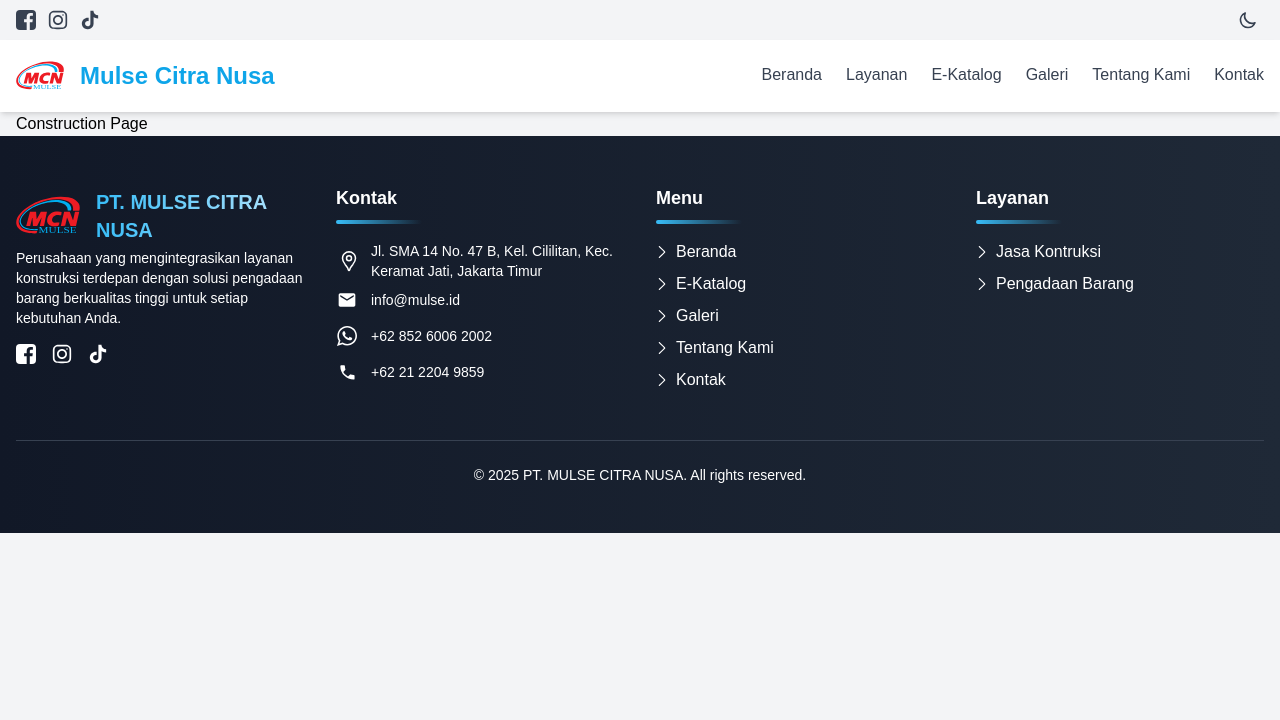
Repository: PrasBaldin/next-mulse
Page: /services/construction
The author's editor kept a copy of each file at every save. The page is drawn from the files as they stood at one save, then again after the next save.
The browser window is 1280 px wide. The pictures show the whole page.
The project was rebuilt for these pictures with package versions that can differ from the ones it lists, and the page was loaded fresh each time. The framework's server and built-in components were replaced by stand-ins that run in the browser. Also part of the build but not shown: next.config.ts.

Above is the page before, as saved 2025-02-26 12:41:47.

### app/layout.tsx
import type { Metadata } from "next";
import { Geist, Geist_Mono } from "next/font/google";
import "./globals.css";
import Navbar from "@/components/navbar";
import Footer from "@/components/footer";

const geistSans = Geist({
  variable: "--font-geist-sans",
  subsets: ["latin"],
});

const geistMono = Geist_Mono({
  variable: "--font-geist-mono",
  subsets: ["latin"],
});

export const metadata: Metadata = {
  title: "Mulse",
  description: "Selamat datang di PT. Mulse Citra Nusa, kami menyediakan barang dan jasa sesuai kebutuhan Anda.",
};

export default function RootLayout({
  children,
}: Readonly<{
  children: React.ReactNode;
}>) {
  return (
    <html lang="en">
      <body className={`${geistSans.variable} ${geistMono.variable} antialiased`} >
        <Navbar />
        {children}
        <Footer />
      </body>
    </html>
  );
}

### app/services/construction/page.tsx
import React from "react";

const ConstructionPage = () => {
  return (
    <>
      <section className="mt-[72px] lg:mt-[112px]">
        <div className="container">
          <h3>Construction Page</h3>
        </div>
      </section>
    </>
  );
};

export default ConstructionPage;

### app/globals.css
@tailwind base;
@tailwind components;
@tailwind utilities;

:root {
  --background: #ffffff;
  --foreground: #171717;
}

@media (prefers-color-scheme: dark) {
  :root {
    --background: #0a0a0a;
    --foreground: #ededed;
  }
}

body {
  font-family: Arial, Helvetica, sans-serif;
  @apply bg-gray-100 dark:bg-gray-700;
}

.container {
  @apply mx-auto px-4;
}

.btn {
  @apply px-4 py-3 rounded-lg transition duration-500 ease-in-out;
}

.btn-primary {
  @apply bg-sky-600 hover:bg-sky-700 dark:hover:bg-sky-700 text-gray-100 hover:text-gray-300;
}

.btn-secondary {
  @apply bg-gray-100 hover:bg-gray-300 dark:hover:bg-gray-300 text-gray-800;
}

.btn-primary-border {
  @apply bg-transparent hover:bg-sky-500 dark:hover:bg-sky-500 border-2 border-sky-500 text-sky-500 dark:text-sky-500 hover:text-white dark:hover:text-white;
}

.banner {
  background-image: url("/img/banner-2.jpg");
  background-size: cover;
  @apply py-[100px] relative;
}

.banner-mask {
  @apply absolute inset-0 bg-gradient-to-r from-gray-100/90 to-sky-500/20 dark:from-gray-800/90 dark:to-sky-500/20 transition duration-500 ease-in-out z-[0];
}

.breadcrumbs {
  @apply flex gap-2 font-medium;
}

### components/navbar.tsx
"use client";
import { useState } from "react";
import Link from "next/link";
import Image from "next/image";

import MulseSvg from "@/public/img/mulse.svg";
import "./navbar.css";

// import ToggleLanguage from "./toggleLanguage";
import ToggleDarkMode from "./toggleDarkMode";

const Navbar = () => {
  const [isOpen, setIsOpen] = useState(false);
  const [isDropdownOpen, setIsDropdownOpen] = useState(false);

  return (
    <>
      <div className="utility-bar">
        <div className="container">
          <div className="flex justify-between items-center">
            <div className="w-full flex">
              <a
                href="https://www.facebook.com/profile.php?id=61550927165561&ref=ig_profile_ac"
                target="_blank"
                rel="noopener noreferrer"
                aria-label="Facebook"
                className="social-media-link hover:text-sky-400 transition-colors duration-300"
              >
                <svg
                  className="w-5 h-5 rounded"
                  fill="currentColor"
                  viewBox="0 0 24 24"
                  stroke="none"
                >
                  <path d="M22.675 0h-21.35C.593 0 0 .593 0 1.325v21.351C0 23.407.593 24 1.325 24h11.494v-9.294H9.692v-3.622h3.127V8.413c0-3.1 1.894-4.788 4.659-4.788 1.325 0 2.463.099 2.794.143v3.24l-1.918.001c-1.504 0-1.794.715-1.794 1.763v2.314h3.587l-.467 3.622h-3.12V24h6.116C23.407 24 24 23.407 24 22.675V1.325C24 .593 23.407 0 22.675 0z" />
                </svg>
              </a>
              <a
                href="https://www.instagram.com/mulse.id/"
                target="_blank"
                rel="noopener noreferrer"
                aria-label="Instagram"
                className="social-media-link hover:text-sky-400 transition-colors duration-300"
              >
                <svg
                  className="w-5 h-5"
                  viewBox="0 0 24 24"
                  fill="none"
                  xmlns="http://www.w3.org/2000/svg"
                >
                  <path
                    fillRule="evenodd"
                    clipRule="evenodd"
                    d="M12 18C15.3137 18 18 15.3137 18 12C18 8.68629 15.3137 6 12 6C8.68629 6 6 8.68629 6 12C6 15.3137 8.68629 18 12 18ZM12 16C14.2091 16 16 14.2091 16 12C16 9.79086 14.2091 8 12 8C9.79086 8 8 9.79086 8 12C8 14.2091 9.79086 16 12 16Z"
                    fill="currentColor"
                  />
                  <path
                    d="M18 5C17.4477 5 17 5.44772 17 6C17 6.55228 17.4477 7 18 7C18.5523 7 19 6.55228 19 6C19 5.44772 18.5523 5 18 5Z"
                    fill="currentColor"
                  />
                  <path
                    fillRule="evenodd"
                    clipRule="evenodd"
                    d="M1.65396 4.27606C1 5.55953 1 7.23969 1 10.6V13.4C1 16.7603 1 18.4405 1.65396 19.7239C2.2292 20.8529 3.14708 21.7708 4.27606 22.346C5.55953 23 7.23969 23 10.6 23H13.4C16.7603 23 18.4405 23 19.7239 22.346C20.8529 21.7708 21.7708 20.8529 22.346 19.7239C23 18.4405 23 16.7603 23 13.4V10.6C23 7.23969 23 5.55953 22.346 4.27606C21.7708 3.14708 20.8529 2.2292 19.7239 1.65396C18.4405 1 16.7603 1 13.4 1H10.6C7.23969 1 5.55953 1 4.27606 1.65396C3.14708 2.2292 2.2292 3.14708 1.65396 4.27606ZM13.4 3H10.6C8.88684 3 7.72225 3.00156 6.82208 3.0751C5.94524 3.14674 5.49684 3.27659 5.18404 3.43597C4.43139 3.81947 3.81947 4.43139 3.43597 5.18404C3.27659 5.49684 3.14674 5.94524 3.0751 6.82208C3.00156 7.72225 3 8.88684 3 10.6V13.4C3 15.1132 3.00156 16.2777 3.0751 17.1779C3.14674 18.0548 3.27659 18.5032 3.43597 18.816C3.81947 19.5686 4.43139 20.1805 5.18404 20.564C5.49684 20.7234 5.94524 20.8533 6.82208 20.9249C7.72225 20.9984 8.88684 21 10.6 21H13.4C15.1132 21 16.2777 20.9984 17.1779 20.9249C18.0548 20.8533 18.5032 20.7234 18.816 20.564C19.5686 20.1805 20.1805 19.5686 20.564 18.816C20.7234 18.5032 20.8533 18.0548 20.9249 17.1779C20.9984 16.2777 21 15.1132 21 13.4V10.6C21 8.88684 20.9984 7.72225 20.9249 6.82208C20.8533 5.94524 20.7234 5.49684 20.564 5.18404C20.1805 4.43139 19.5686 3.81947 18.816 3.43597C18.5032 3.27659 18.0548 3.14674 17.1779 3.0751C16.2777 3.00156 15.1132 3 13.4 3Z"
                    fill="currentColor"
                  />
                </svg>
              </a>
              <a
                href="/"
                target="_blank"
                rel="noopener noreferrer"
                aria-label="Tiktok"
                className="social-media-link hover:text-sky-400 transition-colors duration-300"
              >
                <svg
                  className="w-5 h-5"
                  fill="currentColor"
                  viewBox="0 0 32 32"
                  version="1.1"
                  xmlns="http://www.w3.org/2000/svg"
                >
                  <path d="M16.656 1.029c1.637-0.025 3.262-0.012 4.886-0.025 0.054 2.031 0.878 3.859 2.189 5.213l-0.002-0.002c1.411 1.271 3.247 2.095 5.271 2.235l0.028 0.002v5.036c-1.912-0.048-3.71-0.489-5.331-1.247l0.082 0.034c-0.784-0.377-1.447-0.764-2.077-1.196l0.052 0.034c-0.012 3.649 0.012 7.298-0.025 10.934-0.103 1.853-0.719 3.543-1.707 4.954l0.020-0.031c-1.652 2.366-4.328 3.919-7.371 4.011l-0.014 0c-0.123 0.006-0.268 0.009-0.414 0.009-1.73 0-3.347-0.482-4.725-1.319l0.040 0.023c-2.508-1.509-4.238-4.091-4.558-7.094l-0.004-0.041c-0.025-0.625-0.037-1.25-0.012-1.862 0.49-4.779 4.494-8.476 9.361-8.476 0.547 0 1.083 0.047 1.604 0.136l-0.056-0.008c0.025 1.849-0.050 3.699-0.050 5.548-0.423-0.153-0.911-0.242-1.42-0.242-1.868 0-3.457 1.194-4.045 2.861l-0.009 0.030c-0.133 0.427-0.21 0.918-0.21 1.426 0 0.206 0.013 0.41 0.037 0.61l-0.002-0.024c0.332 2.046 2.086 3.59 4.201 3.59 0.061 0 0.121-0.001 0.181-0.004l-0.009 0c1.463-0.044 2.733-0.831 3.451-1.994l0.010-0.018c0.267-0.372 0.45-0.822 0.511-1.311l0.001-0.014c0.125-2.237 0.075-4.461 0.087-6.698 0.012-5.036-0.012-10.060 0.025-15.083z"></path>
                </svg>
              </a>
            </div>
            <div className="utility-content">
              {/* <ToggleLanguage /> */}
              <ToggleDarkMode />
            </div>
          </div>
        </div>
      </div>
      <nav className="navbar">
        <div className="container">
          <div className="flex justify-between items-center">
            <Link
              href="/"
              className="text-2xl font-bold text-sky-500 dark:text-gray-100 flex items-center transition duration-500 ease-in-out py-3"
            >
              <Image src={MulseSvg} alt="img" className="w-12 mr-4" />
              Mulse Citra Nusa
            </Link>

            <div className="hidden lg:flex space-x-6 items-center">
              <Link href="/" className="nav-link">
                Beranda
              </Link>

              <div
                className="relative group"
                onMouseEnter={() => setIsDropdownOpen(true)}
                onMouseLeave={() => setIsDropdownOpen(false)}
              >
                <Link href="/services">
                  <button className="nav-link flex items-center">
                    Layanan
                  </button>
                </Link>
                <div
                  className={`nav-dropdown min-w-[200px] ${
                    isDropdownOpen
                      ? "opacity-100 visible scale-100 translate-y-0"
                      : "opacity-0 invisible scale-95 translate-y-3"
                  }`}
                >
                  <Link
                    href="/services/procurement"
                    className="nav-link-dropdown"
                  >
                    Pengadaan Barang
                  </Link>
                  <Link
                    href="/services/construction"
                    className="nav-link-dropdown"
                  >
                    Jasa Konstruksi
                  </Link>
                </div>
              </div>
              <a
                href="https://katalog.inaproc.id/mulse-citra-nusa"
                target="_blank"
                className="nav-link"
              >
                E-Katalog
              </a>
              <Link href="/gallery" className="nav-link">
                Galeri
              </Link>
              <Link href="/about" className="nav-link">
                Tentang Kami
              </Link>
              <Link href="/contact" className="nav-link">
                Kontak
              </Link>
            </div>

            <button
              className="lg:hidden relative w-8 h-8"
              onClick={() => setIsOpen(!isOpen)}
            >
              <div
                className={`hamburger ${
                  isOpen
                    ? "rotate-45 top-1/2 transform -translate-y-1/2"
                    : "top-2"
                }`}
              ></div>
              <div
                className={`hamburger ${
                  isOpen ? "opacity-0" : "top-1/2 transform -translate-y-1/2"
                }`}
              ></div>
              <div
                className={`hamburger ${
                  isOpen
                    ? "-rotate-45 bottom-1/2 transform translate-y-1/2"
                    : "bottom-2"
                }`}
              ></div>
            </button>
          </div>
        </div>
      </nav>

      {/* Overlay Sidebar */}
      <div
        className={`lg:hidden fixed top-18 left-0 w-full h-full bg-black/50 backdrop-blur-sm transition-opacity duration-500 ease-in-out z-[9] ${
          isOpen ? "opacity-100 visible" : "opacity-0 invisible"
        }`}
        onClick={() => setIsOpen(false)}
      ></div>

      {/* Sidebar Menu */}
      <div
        className={`bg-white dark:bg-gray-800 lg:hidden fixed mt-[72px] right-0 w-64 h-full shadow-lg transform transition-transform duration-500 ease-in-out z-10 ${
          isOpen ? "translate-x-0" : "translate-x-full"
        }`}
      >
        <div className="p-6 flex flex-col space-y-4">
          <Link
            href="/"
            className="nav-link-mobile"
            onClick={() => setIsOpen(false)}
          >
            Beranda
          </Link>

          <div>
            <button
              className="nav-link-mobile flex items-center w-full"
              onClick={() => setIsDropdownOpen(!isDropdownOpen)}
            >
              Layanan
              <span
                className={`dropdown-arrow ${
                  isDropdownOpen
                    ? "rotate-45 absolute right-9 mb-2"
                    : "-rotate-45 absolute right-9"
                }`}
              ></span>
            </button>
            <div
              className={`bg-white dark:bg-gray-800 ml-4 space-y-2 rounded-lg overflow-hidden transition-all duration-500 ease-in-out ${
                isDropdownOpen
                  ? "max-h-[500px] opacity-100 p-2 mt-2"
                  : "max-h-0 opacity-0 p-0 mt-0"
              }`}
            >
              <Link
                href="/services/procurement"
                className="nav-link-mobile block"
                onClick={() => setIsOpen(false)}
              >
                Pengadaan Barang
              </Link>
              <Link
                href="/services/construction"
                className="nav-link-mobile block"
                onClick={() => setIsOpen(false)}
              >
                Jasa Konstruksi
              </Link>
            </div>
          </div>
          <Link
            href="https://katalog.mulse.id"
            className="nav-link-mobile"
            onClick={() => setIsOpen(false)}
          >
            E-Katalog
          </Link>
          <Link
            href="/gallery"
            className="nav-link-mobile"
            onClick={() => setIsOpen(false)}
          >
            Galeri
          </Link>
          <Link
            href="/about"
            className="nav-link-mobile"
            onClick={() => setIsOpen(false)}
          >
            Tentang Kami
          </Link>
          <Link
            href="/contact"
            className="nav-link-mobile"
            onClick={() => setIsOpen(false)}
          >
            Kontak
          </Link>
          {/* <ToggleLanguage /> */}
          <ToggleDarkMode />
        </div>
      </div>
    </>
  );
};

export default Navbar;

### components/navbar.css
.utility-bar {
  @apply hidden lg:block absolute top-0 w-full py-1 bg-gray-100 dark:bg-gray-700 transition duration-500 ease-in-out z-10;
}

.utility-content {
  @apply w-auto flex gap-2;
}

.social-media-link {
  @apply mr-3 text-gray-700 dark:text-gray-100 hover:text-sky-500 dark:hover:text-sky-500 transition duration-300;
}

.navbar {
  @apply bg-white dark:bg-gray-800 transition duration-500 ease-in-out shadow-md top-0 lg:top-[40px] fixed lg:absolute w-full z-20;
}

.nav-link {
  @apply text-gray-700 hover:text-sky-500 dark:hover:text-sky-500 dark:text-gray-100 py-5 transition duration-500 ease-in-out border-b-2 border-transparent hover:border-sky-500 flex items-center;
}

.nav-dropdown {
  @apply bg-white dark:bg-gray-800 absolute top-[4rem] -left-2 w-auto pt-2 p-3 border-2 border-sky-300 dark:border-sky-800 border-t-sky-500 dark:border-t-sky-500 shadow-xl rounded-lg overflow-visible transition-all duration-300 transform;
}

.nav-link-dropdown {
  @apply text-gray-700 hover:text-sky-500 dark:hover:text-sky-500 dark:text-gray-100 pt-2 pb-1 transition duration-500 ease-in-out hover:bg-gray-100 dark:hover:bg-gray-700 rounded border-b border-gray-200 hover:border-sky-500 block mt-2 px-2;
}

.nav-link-mobile {
  @apply hover:bg-gray-100 dark:hover:bg-gray-700 text-gray-700 hover:text-sky-500 dark:hover:text-sky-500 dark:text-gray-100 py-2 pl-2 border-b border-gray-200 hover:border-sky-500 rounded transition;
}

.hamburger {
  @apply absolute w-6 h-[3px] bg-gray-800 dark:bg-gray-100 rounded transition duration-500 ease-in-out;
}

.dropdown-arrow {
  @apply border-b-2 border-r-2 border-gray-700 dark:border-gray-100 ml-2 w-3 h-3 transition duration-500 ease-in-out;
}

.nav-link-mobile:hover .dropdown-arrow {
  @apply border-sky-500;
}

### components/toggleDarkMode.tsx
"use client";
import { useState, useEffect } from "react";
import IconDarkMode from "../app/_assets/icon/iconDarkmode";
import IconLightMode from "../app/_assets/icon/iconLightmode";

import "./toggleDarkMode.css";

const ToggleDarkMode = () => {
  const [isDarkMode, setIsDarkMode] = useState(false);
  useEffect(() => {
    const storedTheme = localStorage.getItem("theme");
    setIsDarkMode(storedTheme === "dark");
  }, []);

  useEffect(() => {
    if (isDarkMode) {
      document.documentElement.classList.add("dark");
      localStorage.setItem("theme", "dark");
    } else {
      document.documentElement.classList.remove("dark");
      localStorage.setItem("theme", "light");
    }
  }, [isDarkMode]);

  return (
    <>
      {/* Mobile */}
      <button
        onClick={() => setIsDarkMode(!isDarkMode)}
        className="lg:hidden btn h-11 flex items-center"
        style={{ padding: ".5rem" }}
      >
        <div className="block">
          <div className="absolute flex items-center gap-2">
            <div
              className={`toggle-dark-mode-mobile gap-2 ${
                isDarkMode ? "opacity-100 rotate-0" : "opacity-0 rotate-90"
              }`}
            >
              <IconLightMode />
            </div>
            <span
              className={`text-gray-700 dark:text-gray-300 ${
                isDarkMode ? "opacity-100" : "opacity-0"
              }`}
            >
              Light Mode
            </span>
          </div>
          <div className="flex items-center gap-2">
            <div
              className={`toggle-dark-mode-mobile gap-2 ${
                isDarkMode ? "opacity-0 -rotate-90" : "opacity-100 rotate-0"
              }`}
            >
              <IconDarkMode />
            </div>
            <span
              className={`text-gray-700 dark:text-gray-300 ${
                isDarkMode ? "opacity-0" : "opacity-100"
              }`}
            >
              Night Mode
            </span>
          </div>
        </div>
      </button>

      {/* Desktop */}
      <button
        onClick={() => setIsDarkMode(!isDarkMode)}
        className="btn hidden lg:block btn w-8 h-8 relative overflow-hidden"
      >
        <div
          className={`toggle-dark-mode ${
            isDarkMode ? "opacity-100 rotate-0" : "opacity-0 rotate-90"
          }`}
        >
          <IconLightMode />
        </div>
        <div
          className={`toggle-dark-mode ${
            isDarkMode ? "opacity-0 -rotate-90" : "opacity-100 rotate-0"
          }`}
        >
          <IconDarkMode />
        </div>
      </button>
    </>
  );
};

export default ToggleDarkMode;

### components/footer.css
footer table tr a {
    @apply transition duration-300
}

footer table tr:hover a {
    @apply text-sky-400
}

### app/_assets/icon/iconDarkmode.tsx
import React from "react";

const IconDarkmode = () => {
    return (
        <svg xmlns="http://www.w3.org/2000/svg" className="h-5 w-5 text-gray-700 dark:text-gray-100" fill="none" viewBox="0 0 24 24" stroke="currentColor">
            <path strokeLinecap="round" strokeLinejoin="round" strokeWidth={2} d="M20.354 15.354A9 9 0 018.646 3.646 9.003 9.003 0 0012 21a9.003 9.003 0 008.354-5.646z" />
        </svg>
    )
}

export default IconDarkmode

### app/_assets/icon/iconLightmode.tsx
import React from "react";

const IconLightMode = () => {
    return (
        <svg xmlns="http://www.w3.org/2000/svg" className="h-5 w-5 text-gray-100" fill="none" viewBox="0 0 24 24" stroke="currentColor">
            <path strokeLinecap="round" strokeLinejoin="round" strokeWidth="2" d="M12 3v1m0 16v1m9-9h-1M4 12H3m15.364 6.364l-.707-.707M6.343 6.343l-.707-.707m12.728 0l-.707.707M6.343 17.657l-.707.707" />
            <circle cx="12" cy="12" r="3" stroke="currentColor" strokeWidth="2" fill="none" />
        </svg>
    )
}

export default IconLightMode

### components/toggleDarkMode.css
.toggle-dark-mode {
    @apply absolute top-0 bottom-0 left-0 right-0 flex items-center justify-center transition-all duration-500 transform
}

.toggle-dark-mode-mobile {
    @apply flex items-center justify-center transition-all duration-500 transform
}

### tailwind.config.ts
import type { Config } from "tailwindcss";

export default {
  darkMode: 'class',
  content: [
    "./pages/**/*.{js,ts,jsx,tsx,mdx}",
    "./components/**/*.{js,ts,jsx,tsx,mdx}",
    "./app/**/*.{js,ts,jsx,tsx,mdx}"
  ],
  theme: {
    extend: {
      width: {
        '11': '2.75rem',
      },
      height: {
        '11': '2.75rem',
      },
      colors: {
        background: "var(--background)",
        foreground: "var(--foreground)",
      },
    },
  },
  plugins: [],
} satisfies Config;

Loaded but not shown: components/footer.tsx (503 lines, source omitted)

After the next save:
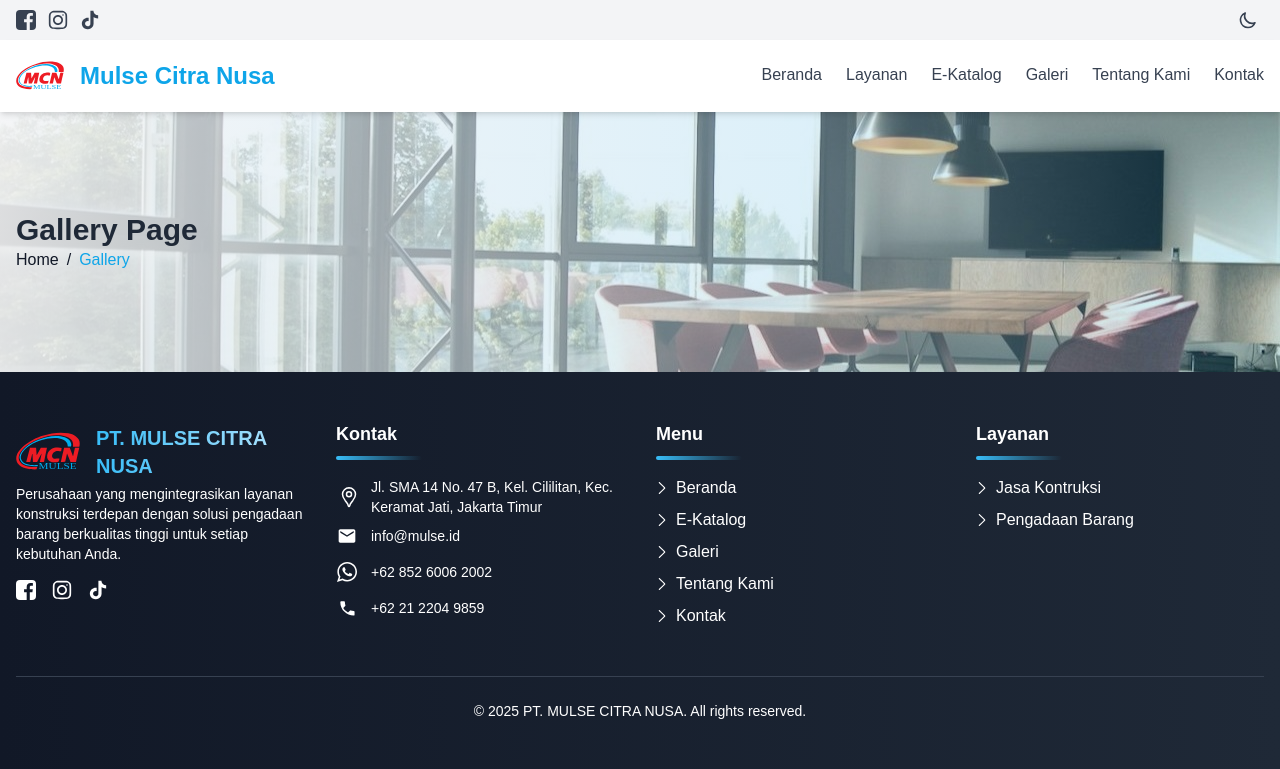
Saved 2 min 49 s later.
--- a/app/services/construction/page.tsx
+++ b/app/services/construction/page.tsx
@@ -1,11 +1,36 @@
-import React from "react";
+import Link from "next/link";
 
 const ConstructionPage = () => {
   return (
     <>
       <section className="mt-[72px] lg:mt-[112px]">
-        <div className="container">
-          <h3>Construction Page</h3>
+        <div className="banner">
+          <div className="banner-mask"></div>
+          <div className="container z-[1] relative">
+            <div className="banner-content">
+              <h4 className="text-3xl font-bold text-gray-800 dark:text-gray-100 transition duration-500 ease-in-out">
+                Gallery Page
+              </h4>
+              <ul className="breadcrumbs">
+                <li>
+                  <Link
+                    href="/"
+                    className="text-gray-900 dark:text-gray-100 transition duration-500 ease-in-out"
+                  >
+                    Home
+                  </Link>
+                </li>
+                <li className="text-gray-900 dark:text-gray-100 transition duration-500 ease-in-out">
+                  /
+                </li>
+                <li>
+                  <Link href="/gallery" className="text-sky-500">
+                    Gallery
+                  </Link>
+                </li>
+              </ul>
+            </div>
+          </div>
         </div>
       </section>
     </>
